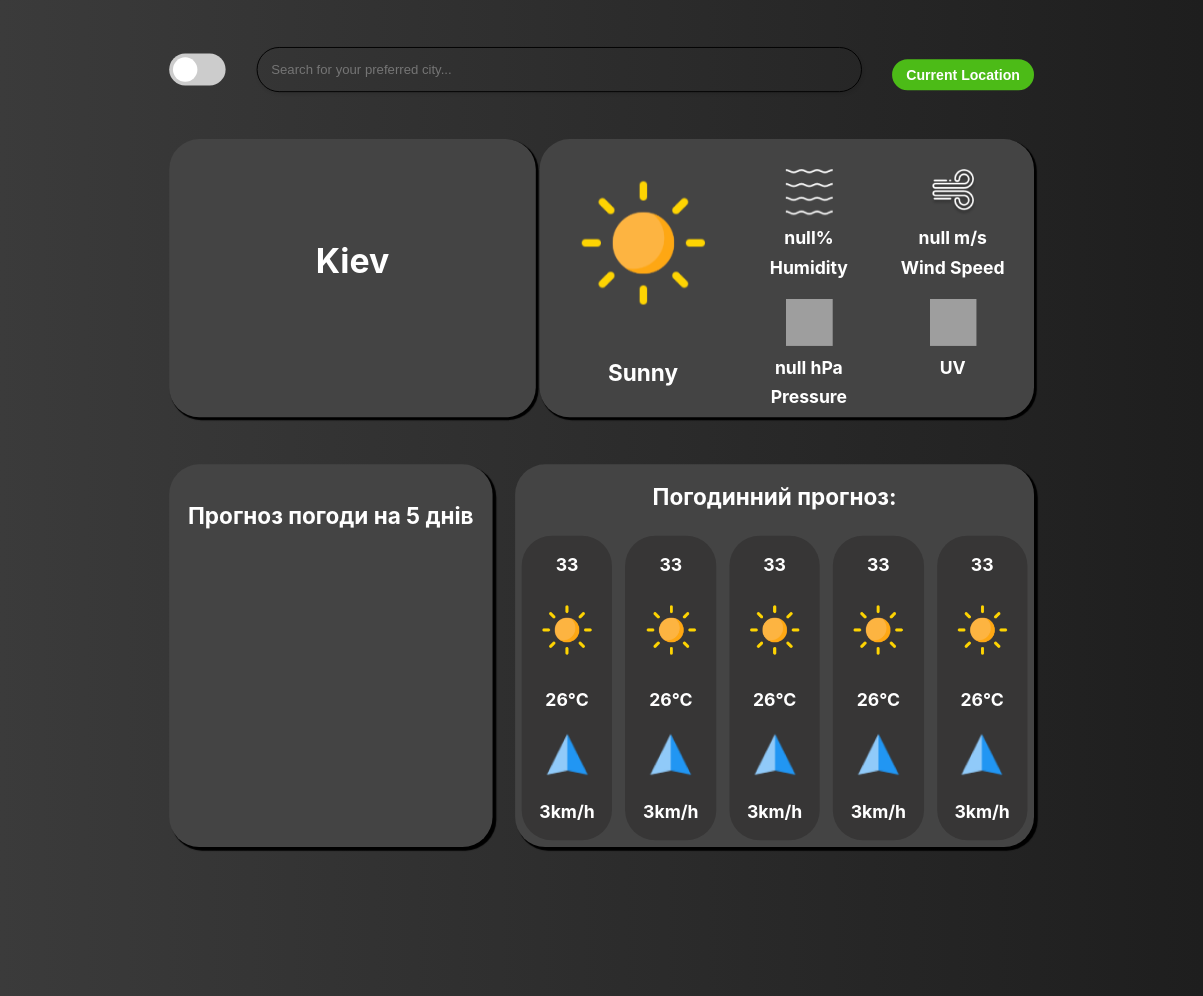
Repository: valeriibb/WeatherAPP
Page: /
The author's editor kept a copy of each file at every save. The page is drawn from the files as they stood at one save, then again after the next save.
The browser window is 1280 px wide. The pictures show the whole page, at 94% of full size.
Pictures or frames that could not be fetched are drawn as grey boxes. The page's requests for data from a server got no answer. Some web fonts or font styles are not loaded; a fallback is used. The project was rebuilt for these pictures with package versions that can differ from the ones it lists, and the page was loaded fresh each time. No one was signed in, and anything a server would have sent is missing.

Above is the page before, as saved 2024-03-10 18:27:14.

After the next save:
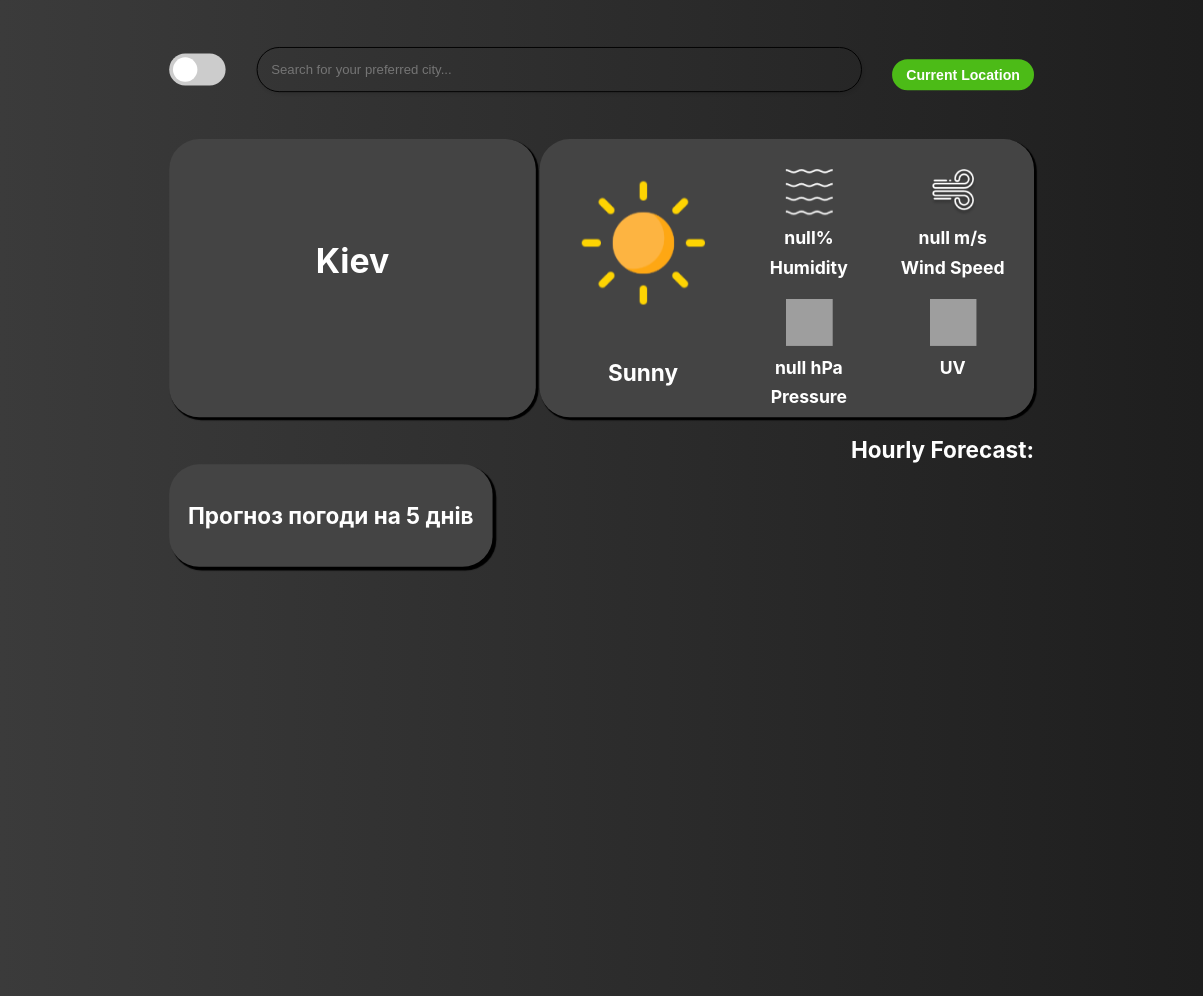
Saved 2 min 19 s later.
--- a/src/components/hourly.js
+++ b/src/components/hourly.js
@@ -17,39 +17,43 @@ function HorItem(props) {
 }
 
 export default function Hourly(props) {
-    const weatherURL = `https://api.openweathermap.org/data/2.5/forecast?q=${props.city}&lang=ru&units=metric&APPID=${WEATHER_API_KEY}`;
+    const [hourlyData, setHourlyData] = useState([]);
 
+    useEffect(() => {
+        const weatherURL = `https://api.openweathermap.org/data/2.5/forecast?q=${props.city}&lang=ru&units=metric&APPID=${WEATHER_API_KEY}`;
 
-    fetch(weatherURL)
-    .then(response => {
-    if (!response.ok) {
-        throw new Error('Network response was not ok');
-    }
-    return response.json();
-    })
-    .then(data => {
-    data.list.forEach(item => {
-        console.log(item.dt_txt, `${item.main.temp.toFixed(0)}°C`, item.weather[0].description);
-    });
-    })
-    .catch(error => {
-    console.error('Exception (forecast):', error);
-    });
-
-
+        fetch(weatherURL)
+            .then(response => {
+                if (!response.ok) {
+                    throw new Error('Network response was not ok');
+                }
+                return response.json();
+            })
+            .then(data => {
+                const hourlyData = data.list.map(item => ({
+                    time: item.dt_txt,
+                    temperature: `${item.main.temp.toFixed(0)}°C`,
+                    description: item.weather[0].description
+                }));
+                setHourlyData(hourlyData);
+            })
+            .catch(error => {
+                console.error('Exception (forecast):', error);
+            });
+    }, [props.city]);
 
     return (
-        <div className="Hourly">
-            <h2>Погодинний прогноз:</h2>
-            <div className="HourlyItems">
-                <HorItem time={'33'} icon='./clear 1.png' temperature='26°C' direction='./navigation 1.png' speed='3km/h' />
-                <HorItem time={'33'} icon='./clear 1.png' temperature='26°C' direction='./navigation 1.png' speed='3km/h' />
-                <HorItem time={'33'} icon='./clear 1.png' temperature='26°C' direction='./navigation 1.png' speed='3km/h' />
-                <HorItem time={'33'} icon='./clear 1.png' temperature='26°C' direction='./navigation 1.png' speed='3km/h' />
-                <HorItem time={'33'} icon='./clear 1.png' temperature='26°C' direction='./navigation 1.png' speed='3km/h' />
+        <div>
+            <h2>Hourly Forecast:</h2>
+            <div>
+                {hourlyData.map((item, index) => (
+                    <div key={index}>
+                        <p>{item.time}</p>
+                        <p>{item.temperature}</p>
+                        <p>{item.description}</p>
+                    </div>
+                ))}
             </div>
-
         </div>
-
     );
 }
